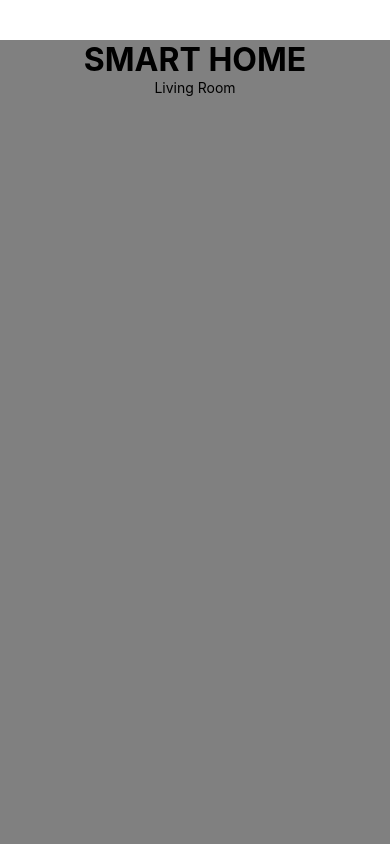
Repository: NQD2308/CNTT3
Screen: / (app in Week 5/home work/ListThietBi/)
These files come from the project's save history. The screen is drawn as it stood at one moment and after the next save; the edit follows.
The app was drawn by React Native's web renderer in a window 390 px wide. The project was rebuilt for these pictures with package versions that can differ from the ones it lists, and the page was loaded fresh each time.

Above is the screen before, as saved 2024-04-11 22:29:27.

### Week 5/home work/ListThietBi/App.js
import { StatusBar } from 'expo-status-bar';
import { StyleSheet, Text, View } from 'react-native';

export default function App() {
  return (
    <View style={styles.container}>
      <StatusBar style="auto" backgroundColor="gray"/>
      <Text style={styles.headerText}>SMART HOME</Text>
      <Text>Living Room</Text>
    </View>
  );
}

const styles = StyleSheet.create({
  container: {
    flex: 1,
    backgroundColor: 'gray',
    alignItems: 'center',
    marginTop: 40
  },
  headerText: {
    fontSize: 32,
    fontWeight: 'bold'
  },
});

After the next save:
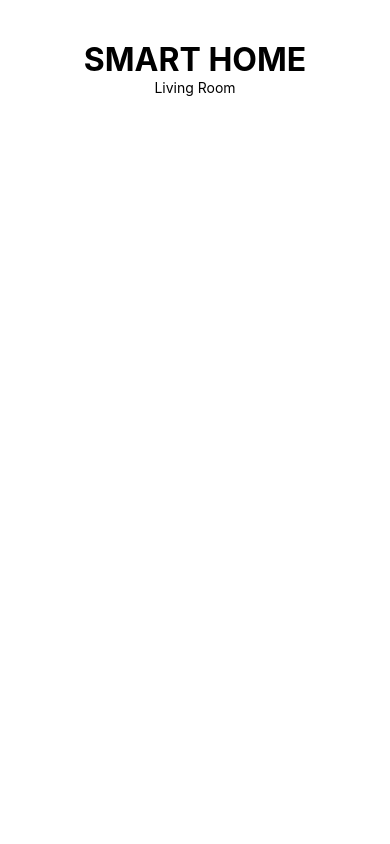
Saved 10 s later.
--- a/Week 5/home work/ListThietBi/App.js
+++ b/Week 5/home work/ListThietBi/App.js
@@ -14,7 +14,7 @@ export default function App() {
 const styles = StyleSheet.create({
   container: {
     flex: 1,
-    backgroundColor: 'gray',
+    backgroundColor: '#fff',
     alignItems: 'center',
     marginTop: 40
   },
